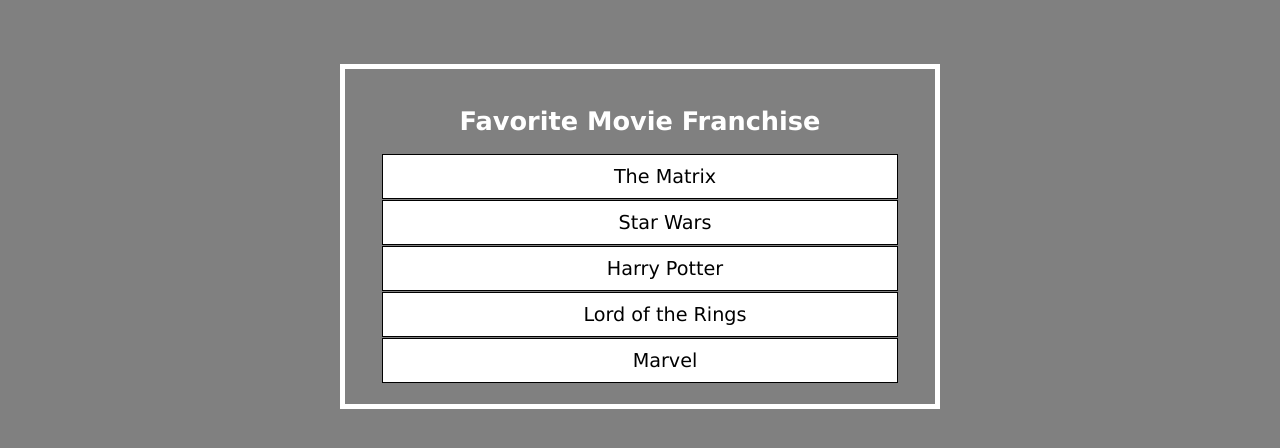
Repository: wakoya-tech/react-project
Page: Desktop/shaakala/jaal/index.html
These files come from the project's save history. The page is drawn as it stood at one moment and after the next save; the edit follows.
The browser window is 1280 px wide. The pictures show the whole page.

Above is the page before, as saved 2025-08-26 17:00:29.

### Desktop/shaakala/jaal/index.html
<!DOCTYPE html>
<html lang="en">
<head>
  <meta charset="UTF-8">
  <meta name="viewport" content="width=device-width, initial-scale=1.0">
  <title>Responsive Box Example</title>
  <style>
    * {
      box-sizing: border-box;
    }

    body {
      font-family: Verdana, Geneva, Tahoma, sans-serif;
      background: gray;
      margin: 0;
    }

    .container {
      display: flex;
      flex-direction: column;
      justify-content: center;
      align-items: center;
      border: 5px solid white;
      padding: 20px;
      margin: 5% auto;
      width: 80%;
      max-width: 600px;
    }

    ul {
      list-style: none;
      padding: 0;
      margin: 0;
    }

    #main-heading {
      font-size: clamp(18px, 2vw, 32px);
      color: white;
    }

    .list-items {
        display: block;
      font-size: clamp(16px, 1.5vw, 24px);
      border: 1px solid black;
      /*padding: 5px 200px;*/
      width: 100%;
      padding: 10px 150px 10px 200px ;
      background-color: white;
     text-align: center;
      margin: 1px 0;
      overflow: hidden;

    }
  </style>
</head>
<body>
  <div class="container">
    <h1 id="main-heading">Favorite Movie Franchise</h1>
    <ul>
      <li class="list-items">The Matrix</li>
      <li class="list-items">Star Wars</li>
      <li class="list-items">Harry Potter</li>
      <li class="list-items">Lord of the Rings</li>
      <li class="list-items">Marvel</li>
    </ul>
  </div>
  <script src="../jaal/script.js"></script>
</body>
</html>

### Desktop/shaakala/jaal/script.js
const title = document.getElementById('main-heading');
console.log(title);
const way = document.getElementsByClassName('list-items');
console.log(way);

After the next save:
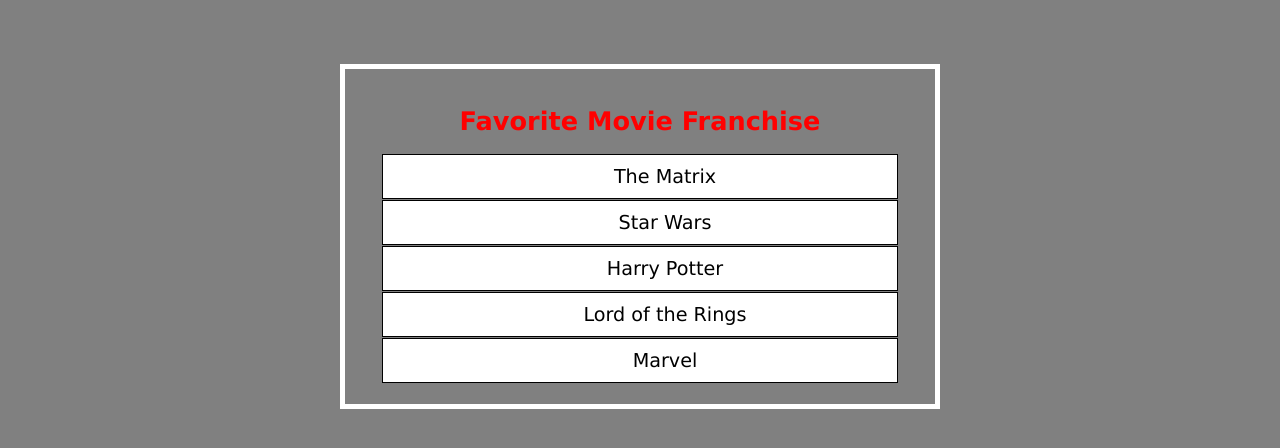
Saved 17 min 11 s later.
--- a/Desktop/shaakala/jaal/script.js
+++ b/Desktop/shaakala/jaal/script.js
@@ -1,4 +1,7 @@
-const title = document.getElementById('main-heading');
+/*const title = document.getElementById('main-heading');
 console.log(title);
 const way = document.getElementsByClassName('list-items');
-console.log(way);
+console.log(way);*/
+const title = document.querySelector('#main-heading');
+title.style.color = 'red';
+console.log(title);
